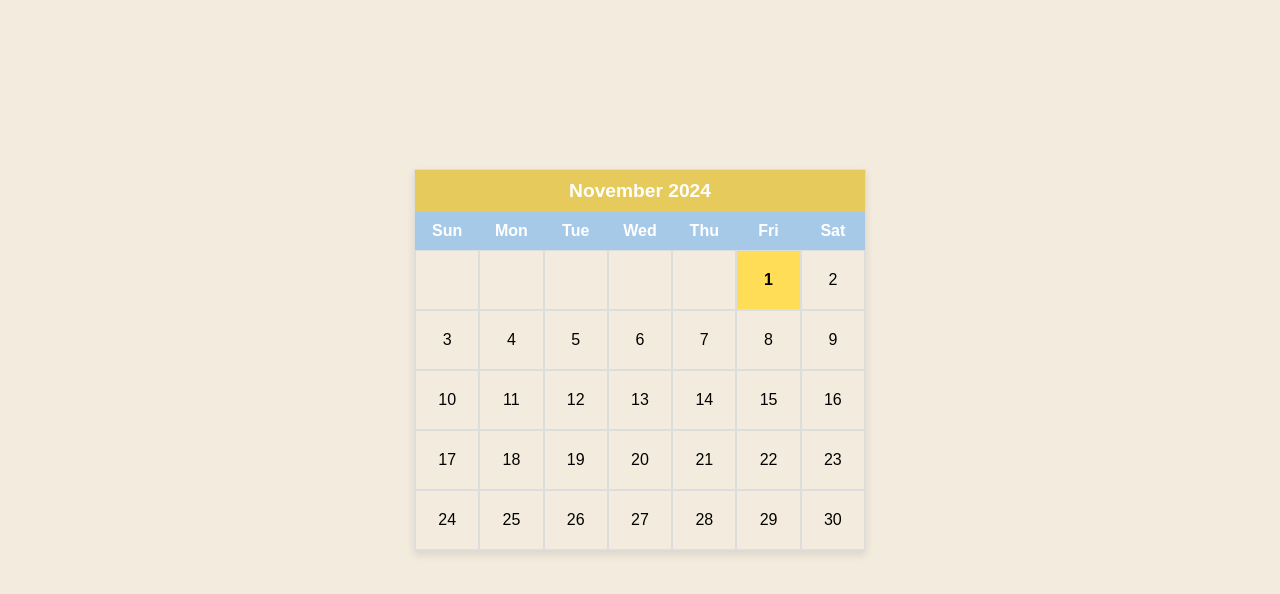
Repository: carrascokarencb37-afk/Nuura
Page: html/calendario.html
An editor plug-in stored every save of this project. The page is shown before and after a run of saves, followed by the edit.
The browser window is 1280 px wide. The pictures show the whole page.

Above is the page before, as saved 2026-05-28 23:31:39.

After the next 2 saves:
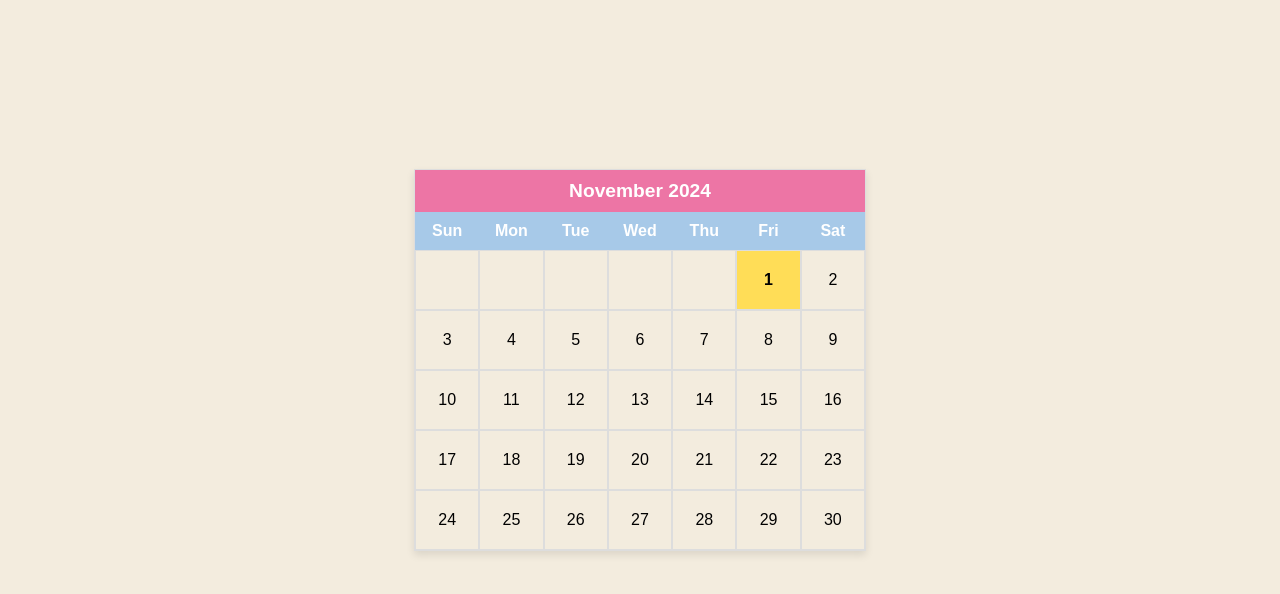
The 2 saves are shown as one change because they came seconds apart.
The last was saved 56 s later.
--- a/css/cale.css
+++ b/css/cale.css
@@ -20,7 +20,7 @@
         /* Calendar header styling */
         .calendar-header {
             text-align: center;
-            background-color: #e6c854f1;
+            background-color: #ee6fa2f1;
             color: white;
             padding: 10px;
             font-size: 1.2em;
